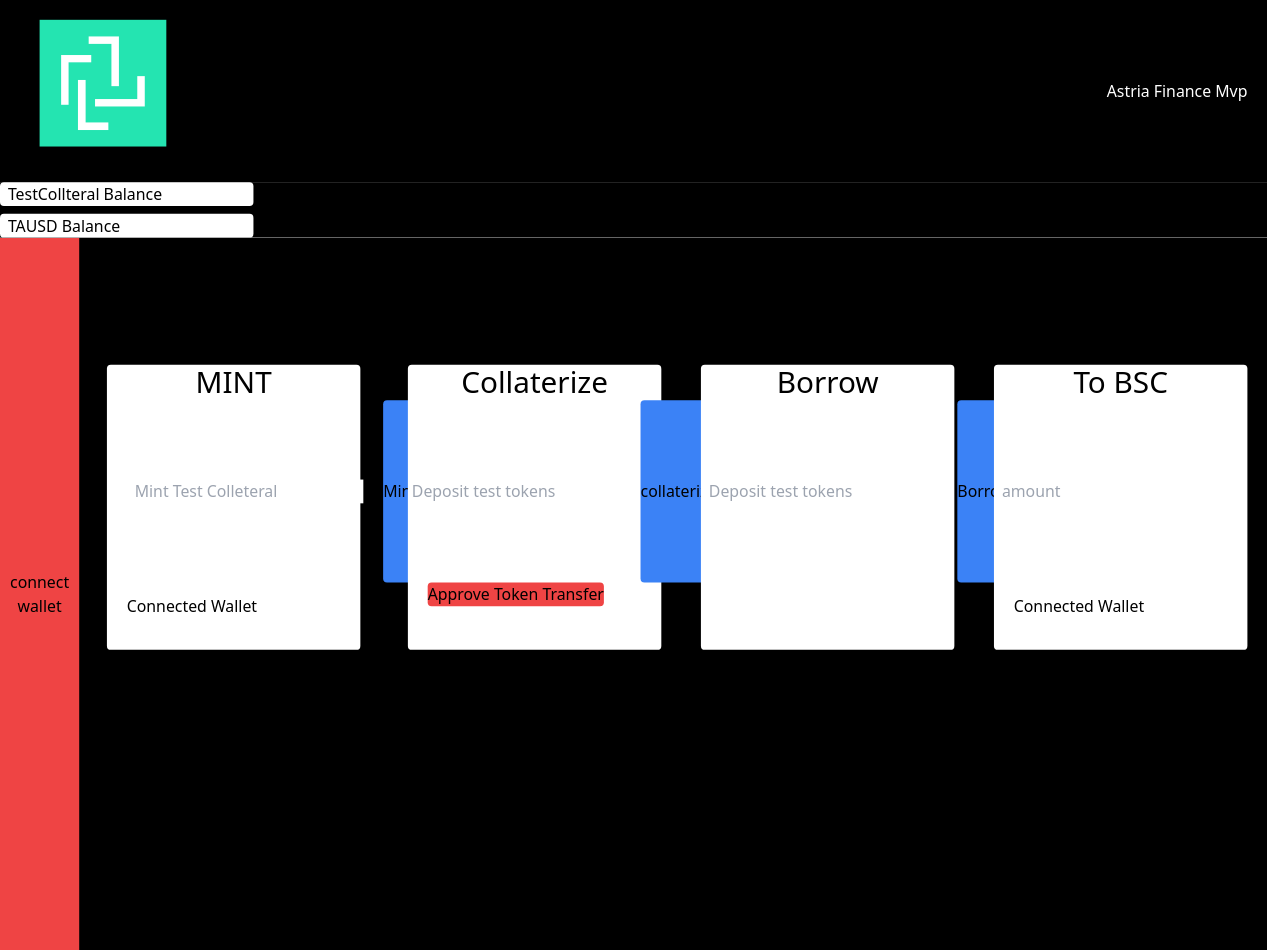
Repository: AstriaFinance/AstriaMvp
Page: /
An editor plug-in stored every save of this project. The page is shown before and after the next save, followed by the edit.
The browser window is 1280 px wide. The pictures show the whole page, at 99% of full size.
The project was rebuilt for these pictures with package versions that can differ from the ones it lists, and the page was loaded fresh each time. Also part of the build but not shown: src/components/About.jsx, src/components/Shop.jsx, src/components/ErrorPage.jsx.

Above is the page before, as saved 2022-06-27 13:53:00.

### src/App.js
import {Nav, Home} from "./components"

function App() {
  return (

    <div>

      <Nav/>
      <Home/>
      </div>

  );
}

export default App;

### src/components/index.js
export{default as About} from "./About"
export{default as Nav} from "./Nav"
export{default as Shop} from "./Shop"
export {default as ErrorPage} from "./ErrorPage"
export{default as Home} from "./Home"

### src/components/Nav.jsx
import React from "react";
import logo from "../static/astria2.jpg";
const Nav = () => {
  return (
    <nav className="bg-black flex justify-between ">
      <img src={logo} alt="" className="h-32 mt-5 mx-10" />

      <div className="text-white my-20 mx-5">Astria Finance Mvp</div>
    </nav>
  );
};

export default Nav;

### src/components/Home.jsx
import React, { useEffect, useState } from "react";
import astriaPorta_abi from "../contracts/astriaPorta_abi.json";
import testEth_abi from "../contracts/testEth_abi";
import xap_abi from "../contracts/xap_abi.json";
import { ethers } from "ethers";
import { shortenAddress } from "./ShortenAddress";

const Home = () => {
  const contractAddress = "0x1b3781eA482113695622EF6C31Fb38c4e02C95A0";
  const testEthContractAddress = "0x8c5696f345827C2d5A7a2e48F815A428eCC87437";
  const xapContractAddress = "0x5272c7F5eA6E5F9bb88f20B9f47Bd0f29e5921EC";
  const [conButtonText, setConButtonText] = useState("connect wallet");
  const [errorMessage, setErrorMessage] = useState(null);
  const [defaultAccount, setDefaultAccount] = useState(null);
  const [provider, setProvider] = useState(null);
  const [signer, setSigner] = useState(null);
  const [contract, setContract] = useState(null);
  const [transferHash, setTransferHah] = useState(null);
  const [depositHash, setDepositHash] = useState(null);
  const [testEthContract, setTestEthContract] = useState(null);
  const [borrowHash, setBorrowHash] = useState(null);
  const [sendHash, setSendHash] = useState(null);
  const [xapContract, setxapContract] = useState(null);
  const [TausdBalance, setTausdBalance] = useState(null);
  const [TestBalance, setTestBalance] = useState(null);

  const connectWalletHandler = () => {
    if (window.ethereum) {
      window.ethereum
        .request({ method: "eth_requestAccounts" })
        .then((result) => {
          accountChangedHandler(result[0]);
          setConButtonText("Wallet connected");
        })
        .catch((error) => {
          setErrorMessage(error.message);
        });
    } else {
      console.log("Install Metamask");
      setErrorMessage("Please install metamask");
    }
    TausdbalanceHandler();
    testColleteralHandler();
  };

  const accountChangedHandler = (newAddress) => {
    setDefaultAccount(newAddress);
    updateEthers();
  };

  const updateEthers = () => {
    let tempProvider = new ethers.providers.Web3Provider(window.ethereum);
    let tempSigner = tempProvider.getSigner();
    let tempContract = new ethers.Contract(
      contractAddress,
      astriaPorta_abi,
      tempSigner
    );
    let testEthContract = new ethers.Contract(
      testEthContractAddress,
      testEth_abi,
      tempSigner
    );
    let xapContract = new ethers.Contract(
      xapContractAddress,
      xap_abi,
      tempSigner
    );
    setProvider(tempProvider);
    setSigner(tempSigner);
    setContract(tempContract);
    setTestEthContract(testEthContract);
    setxapContract(xapContract);
  };

  const mintHandler = async (e) => {
    e.preventDefault();
    let mintAmount = e.target.mintAmount.value;

    let txn = await contract.Mint(mintAmount);
    setTransferHah(txn);
  };

  const depositHandler = async (e) => {
    e.preventDefault();
    let depositAmount = e.target.depositAmount.value;

    let depositTxn = await contract.deposit(depositAmount);
    setDepositHash(depositTxn);
  };

  const borrowHandler = async (e) => {
    e.preventDefault();
    let borrowAmount = e.target.borrowAmount.value;
    let borrowtxn = await contract.borrow(borrowAmount);
    setBorrowHash(borrowtxn);
  };

  const sendTokenHandler = async (e) => {
    e.preventDefault();
    let messageFee = ethers.utils.parseEther("0.025");
    let tempSigner = signer.getAddress();
    let dstChainId = 10002;
    let to = tempSigner;
    let qty = e.target.qty.value;
    let zeroPaymentAddress = tempSigner;
    let adapterParam = "0x";
    let sendTokenTransaction = await xapContract.sendTokens(
      dstChainId,
      to,
      qty,
      zeroPaymentAddress,
      adapterParam,
      { value: ethers.utils.parseEther("0.01") }
    );
    setSendHash(sendTokenTransaction);
  };

  const approveTestEth = async (e) => {
    e.preventDefault();
    await testEthContract.approve(contractAddress, "9007199254740990");
  };

  const TausdbalanceHandler = async () => {
    let balanceTausdToken = await xapContract.balanceOf(defaultAccount);
    let balanceTausdNum = balanceTausdToken.toNumber();
    let decimals = await xapContract.decimals();
    let tokenBalance = balanceTausdNum / Math.pow(10, decimals);
    setTausdBalance(toFixed(tokenBalance));
  };

  const testColleteralHandler = async () => {
    let balanceTestToken = await testEthContract.balanceOf(defaultAccount);
    let balanceTestTokenNum = balanceTestToken.toNumber();
    let decimals = await testEthContract.decimals();
    let tokenBalance = balanceTestTokenNum / Math.pow(10, decimals);

    setTestBalance(toFixed(tokenBalance));
  };

  function toFixed(x) {
    if (Math.abs(x) < 1.0) {
      var e = parseInt(x.toString().split("e-")[1]);
      if (e) {
        x *= Math.pow(10, e - 1);
        x = "0." + new Array(e).join("0") + x.toString().substring(2);
      }
    } else {
      var e = parseInt(x.toString().split("+")[1]);
      if (e > 20) {
        e -= 20;
        x /= Math.pow(10, e);
        x += new Array(e + 1).join("0");
      }
    }
    return x;
  }
  useEffect(() => {
    if (contract != null) {
    }
  }, []);
  return (
    <div>
      <div className=" bg-black">
        <div className="rounded bg-white w-64 ">
          <div className="mx-2">TestCollteral Balance</div>
          <div className="mx-2">{TestBalance}</div>
        </div>
        <div className="rounded bg-white w-64 mt-2">
          <div className="mx-2  ">TAUSD Balance</div>
          <div className="mx-2 break-normal ">{TausdBalance}</div>
        </div>
      </div>
      <p>{errorMessage}</p>
      <div className="bg-black flex overflow-x-auto h-screen ">
        <button className="bg-red-500" onClick={connectWalletHandler}>
          {conButtonText}
        </button>
        <form onSubmit={mintHandler}>
          <div className="bg-white h-72 w-64 rounded my-32 mx-7">
            <div className="container flex justify-center text-3xl">MINT</div>
            <div className="flex justify-between">
              <input
                id="mintAmount"
                type="number"
                placeholder="Mint Test Colleteral"
                className="my-20 ml-7 hover:bg-red-500"
              />
              <button className="bg-blue-500 rounded mx-5 w-20  ">Mint</button>
            </div>
            <ul className="mx-5 my-3 flex gap-6">
              <li>Connected Wallet</li>

              <li className="truncate">{defaultAccount}</li>
            </ul>
          </div>
        </form>

        <div className="bg-white h-72 w-64 rounded mx-5 my-32">
          <form onSubmit={depositHandler}>
            <div class="container flex justify-center text-3xl">
              Collaterize
            </div>
            <div className="flex justify-between">
              <input
                id="depositAmount"
                type="text"
                placeholder="Deposit test tokens"
                className="my-20 ml-1 hover:bg-red-500"
              />
              <button className="bg-blue-500 rounded mx-0 w-20  ">
                collaterize
              </button>
            </div>
          </form>
          <form onSubmit={approveTestEth}>
            <button className="bg-red-500 rounded mx-5 w-50 ">
              Approve Token Transfer
            </button>
          </form>
        </div>

        <form onSubmit={borrowHandler}>
          <div className="bg-white h-72 w-64 rounded mx-5 my-32">
            <div className="container flex justify-center text-3xl">Borrow</div>
            <div className="flex justify-between">
              <input
                id="borrowAmount"
                type="text"
                placeholder="Deposit test tokens"
                className="my-20 ml-2 rounded hover:bg-red-500"
              />
              <button className="bg-blue-500 rounded mx-5 w-20  ">
                Borrow
              </button>
            </div>
            <ul className="mx-5 my-3 flex gap-6">
              <li>{defaultAccount}</li>
              <li className="truncate">{defaultAccount}</li>
            </ul>
          </div>
        </form>
        <form onSubmit={sendTokenHandler}>
          <div className="bg-white h-72 w-64 rounded mx-5 my-32">
            <div className="container flex justify-center text-3xl">To BSC</div>
            <div className="flex justify-between">
              <input
                id="qty"
                type="text"
                placeholder="amount"
                className="my-20 ml-2 rounded hover:bg-red-500"
              />
              <button className="bg-blue-500 rounded mx-10 w-20  ">
                To BSC
              </button>
            </div>
            <ul className="mx-5 my-3 flex gap-6">
              <li>Connected Wallet</li>
              <li className="truncate">{defaultAccount}</li>
            </ul>
          </div>
        </form>
      </div>
    </div>
  );
};

export default Home;

### src/contracts/astriaPorta_abi.json
[
	{
		"inputs": [
			{
				"internalType": "contract IXAP",
				"name": "_XAP",
				"type": "address"
			}
		],
		"stateMutability": "nonpayable",
		"type": "constructor"
	},
	{
		"anonymous": false,
		"inputs": [
			{
				"indexed": true,
				"internalType": "address",
				"name": "masterContract",
				"type": "address"
			},
			{
				"indexed": false,
				"internalType": "bytes",
				"name": "data",
				"type": "bytes"
			},
			{
				"indexed": true,
				"internalType": "address",
				"name": "cloneAddress",
				"type": "address"
			}
		],
		"name": "LogDeploy",
		"type": "event"
	},
	{
		"anonymous": false,
		"inputs": [
			{
				"indexed": false,
				"internalType": "address",
				"name": "to",
				"type": "address"
			},
			{
				"indexed": false,
				"internalType": "uint256",
				"name": "amount",
				"type": "uint256"
			}
		],
		"name": "Minted",
		"type": "event"
	},
	{
		"anonymous": false,
		"inputs": [
			{
				"indexed": false,
				"internalType": "address",
				"name": "from",
				"type": "address"
			},
			{
				"indexed": false,
				"internalType": "uint256",
				"name": "amount",
				"type": "uint256"
			}
		],
		"name": "borrowed",
		"type": "event"
	},
	{
		"anonymous": false,
		"inputs": [
			{
				"indexed": false,
				"internalType": "address",
				"name": "from",
				"type": "address"
			},
			{
				"indexed": false,
				"internalType": "uint256",
				"name": "amount",
				"type": "uint256"
			}
		],
		"name": "deposited",
		"type": "event"
	},
	{
		"inputs": [],
		"name": "BORROW_OPENING_FEE",
		"outputs": [
			{
				"internalType": "uint256",
				"name": "",
				"type": "uint256"
			}
		],
		"stateMutability": "view",
		"type": "function"
	},
	{
		"inputs": [],
		"name": "COLLATERIZATION_RATE",
		"outputs": [
			{
				"internalType": "uint256",
				"name": "",
				"type": "uint256"
			}
		],
		"stateMutability": "view",
		"type": "function"
	},
	{
		"inputs": [],
		"name": "LIQUIDATION_MULTIPLIER",
		"outputs": [
			{
				"internalType": "uint256",
				"name": "",
				"type": "uint256"
			}
		],
		"stateMutability": "view",
		"type": "function"
	},
	{
		"inputs": [
			{
				"internalType": "uint256",
				"name": "_amount",
				"type": "uint256"
			}
		],
		"name": "Mint",
		"outputs": [],
		"stateMutability": "nonpayable",
		"type": "function"
	},
	{
		"inputs": [],
		"name": "XAP",
		"outputs": [
			{
				"internalType": "contract IXAP",
				"name": "",
				"type": "address"
			}
		],
		"stateMutability": "view",
		"type": "function"
	},
	{
		"inputs": [
			{
				"internalType": "address",
				"name": "_spender",
				"type": "address"
			},
			{
				"internalType": "uint256",
				"name": "_amount",
				"type": "uint256"
			}
		],
		"name": "approve",
		"outputs": [],
		"stateMutability": "nonpayable",
		"type": "function"
	},
	{
		"inputs": [
			{
				"internalType": "uint256",
				"name": "amount",
				"type": "uint256"
			}
		],
		"name": "borrow",
		"outputs": [],
		"stateMutability": "nonpayable",
		"type": "function"
	},
	{
		"inputs": [
			{
				"internalType": "uint16",
				"name": "_dstChainId",
				"type": "uint16"
			},
			{
				"internalType": "bytes",
				"name": "_to",
				"type": "bytes"
			},
			{
				"internalType": "uint256",
				"name": "amount",
				"type": "uint256"
			},
			{
				"internalType": "address",
				"name": "_zroPaymentAddress",
				"type": "address"
			},
			{
				"internalType": "bytes",
				"name": "_adapterParam",
				"type": "bytes"
			}
		],
		"name": "borrowTo",
		"outputs": [],
		"stateMutability": "nonpayable",
		"type": "function"
	},
	{
		"inputs": [],
		"name": "collateral",
		"outputs": [
			{
				"internalType": "contract ITestETH",
				"name": "",
				"type": "address"
			}
		],
		"stateMutability": "view",
		"type": "function"
	},
	{
		"inputs": [
			{
				"internalType": "address",
				"name": "masterContract",
				"type": "address"
			},
			{
				"internalType": "bytes",
				"name": "data",
				"type": "bytes"
			},
			{
				"internalType": "bool",
				"name": "useCreate2",
				"type": "bool"
			}
		],
		"name": "deploy",
		"outputs": [
			{
				"internalType": "address",
				"name": "cloneAddress",
				"type": "address"
			}
		],
		"stateMutability": "payable",
		"type": "function"
	},
	{
		"inputs": [
			{
				"internalType": "uint256",
				"name": "amount",
				"type": "uint256"
			}
		],
		"name": "deposit",
		"outputs": [],
		"stateMutability": "payable",
		"type": "function"
	},
	{
		"inputs": [
			{
				"internalType": "address",
				"name": "",
				"type": "address"
			}
		],
		"name": "depositsToAmount",
		"outputs": [
			{
				"internalType": "uint256",
				"name": "",
				"type": "uint256"
			}
		],
		"stateMutability": "view",
		"type": "function"
	},
	{
		"inputs": [],
		"name": "feeTo",
		"outputs": [
			{
				"internalType": "address",
				"name": "",
				"type": "address"
			}
		],
		"stateMutability": "view",
		"type": "function"
	},
	{
		"inputs": [
			{
				"internalType": "bytes",
				"name": "data",
				"type": "bytes"
			}
		],
		"name": "init",
		"outputs": [],
		"stateMutability": "payable",
		"type": "function"
	},
	{
		"inputs": [
			{
				"internalType": "address",
				"name": "",
				"type": "address"
			}
		],
		"name": "masterContractOf",
		"outputs": [
			{
				"internalType": "address",
				"name": "",
				"type": "address"
			}
		],
		"stateMutability": "view",
		"type": "function"
	},
	{
		"inputs": [],
		"name": "oracle",
		"outputs": [
			{
				"internalType": "contract IOracle",
				"name": "",
				"type": "address"
			}
		],
		"stateMutability": "view",
		"type": "function"
	},
	{
		"inputs": [],
		"name": "oracleData",
		"outputs": [
			{
				"internalType": "bytes",
				"name": "",
				"type": "bytes"
			}
		],
		"stateMutability": "view",
		"type": "function"
	},
	{
		"inputs": [
			{
				"internalType": "contract ITestETH",
				"name": "_collateral",
				"type": "address"
			}
		],
		"name": "setTestColleteral",
		"outputs": [],
		"stateMutability": "nonpayable",
		"type": "function"
	},
	{
		"inputs": [],
		"name": "testColleteral",
		"outputs": [
			{
				"internalType": "contract ITestETH",
				"name": "",
				"type": "address"
			}
		],
		"stateMutability": "view",
		"type": "function"
	},
	{
		"inputs": [],
		"name": "totalDeposits",
		"outputs": [
			{
				"internalType": "uint256",
				"name": "",
				"type": "uint256"
			}
		],
		"stateMutability": "view",
		"type": "function"
	}
]

### src/contracts/testEth_abi.json
[
	{
		"inputs": [],
		"stateMutability": "nonpayable",
		"type": "constructor"
	},
	{
		"anonymous": false,
		"inputs": [
			{
				"indexed": true,
				"internalType": "address",
				"name": "owner",
				"type": "address"
			},
			{
				"indexed": true,
				"internalType": "address",
				"name": "spender",
				"type": "address"
			},
			{
				"indexed": false,
				"internalType": "uint256",
				"name": "value",
				"type": "uint256"
			}
		],
		"name": "Approval",
		"type": "event"
	},
	{
		"anonymous": false,
		"inputs": [
			{
				"indexed": true,
				"internalType": "address",
				"name": "previousOwner",
				"type": "address"
			},
			{
				"indexed": true,
				"internalType": "address",
				"name": "newOwner",
				"type": "address"
			}
		],
		"name": "OwnershipTransferred",
		"type": "event"
	},
	{
		"anonymous": false,
		"inputs": [
			{
				"indexed": true,
				"internalType": "address",
				"name": "from",
				"type": "address"
			},
			{
				"indexed": true,
				"internalType": "address",
				"name": "to",
				"type": "address"
			},
			{
				"indexed": false,
				"internalType": "uint256",
				"name": "value",
				"type": "uint256"
			}
		],
		"name": "Transfer",
		"type": "event"
	},
	{
		"inputs": [
			{
				"internalType": "address",
				"name": "owner",
				"type": "address"
			},
			{
				"internalType": "address",
				"name": "spender",
				"type": "address"
			}
		],
		"name": "allowance",
		"outputs": [
			{
				"internalType": "uint256",
				"name": "",
				"type": "uint256"
			}
		],
		"stateMutability": "view",
		"type": "function"
	},
	{
		"inputs": [
			{
				"internalType": "address",
				"name": "spender",
				"type": "address"
			},
			{
				"internalType": "uint256",
				"name": "amount",
				"type": "uint256"
			}
		],
		"name": "approve",
		"outputs": [
			{
				"internalType": "bool",
				"name": "",
				"type": "bool"
			}
		],
		"stateMutability": "nonpayable",
		"type": "function"
	},
	{
		"inputs": [
			{
				"internalType": "address",
				"name": "account",
				"type": "address"
			}
		],
		"name": "balanceOf",
		"outputs": [
			{
				"internalType": "uint256",
				"name": "",
				"type": "uint256"
			}
		],
		"stateMutability": "view",
		"type": "function"
	},
	{
		"inputs": [
			{
				"internalType": "uint256",
				"name": "amount",
				"type": "uint256"
			}
		],
		"name": "burn",
		"outputs": [],
		"stateMutability": "nonpayable",
		"type": "function"
	},
	{
		"inputs": [
			{
				"internalType": "address",
				"name": "account",
				"type": "address"
			},
			{
				"internalType": "uint256",
				"name": "amount",
				"type": "uint256"
			}
		],
		"name": "burnFrom",
		"outputs": [],
		"stateMutability": "nonpayable",
		"type": "function"
	},
	{
		"inputs": [],
		"name": "decimals",
		"outputs": [
			{
				"internalType": "uint8",
				"name": "",
				"type": "uint8"
			}
		],
		"stateMutability": "view",
		"type": "function"
	},
	{
		"inputs": [
			{
				"internalType": "address",
				"name": "spender",
				"type": "address"
			},
			{
				"internalType": "uint256",
				"name": "subtractedValue",
				"type": "uint256"
			}
		],
		"name": "decreaseAllowance",
		"outputs": [
			{
				"internalType": "bool",
				"name": "",
				"type": "bool"
			}
		],
		"stateMutability": "nonpayable",
		"type": "function"
	},
	{
		"inputs": [
			{
				"internalType": "address",
				"name": "spender",
				"type": "address"
			},
			{
				"internalType": "uint256",
				"name": "addedValue",
				"type": "uint256"
			}
		],
		"name": "increaseAllowance",
		"outputs": [
			{
				"internalType": "bool",
				"name": "",
				"type": "bool"
			}
		],
		"stateMutability": "nonpayable",
		"type": "function"
	},
	{
		"inputs": [
			{
				"internalType": "address",
				"name": "to",
				"type": "address"
			},
			{
				"internalType": "uint256",
				"name": "amount",
				"type": "uint256"
			}
		],
		"name": "mint",
		"outputs": [],
		"stateMutability": "nonpayable",
		"type": "function"
	},
	{
		"inputs": [],
		"name": "name",
		"outputs": [
			{
				"internalType": "string",
				"name": "",
				"type": "string"
			}
		],
		"stateMutability": "view",
		"type": "function"
	},
	{
		"inputs": [],
		"name": "owner",
		"outputs": [
			{
				"internalType": "address",
				"name": "",
				"type": "address"
			}
		],
		"stateMutability": "view",
		"type": "function"
	},
	{
		"inputs": [],
		"name": "renounceOwnership",
		"outputs": [],
		"stateMutability": "nonpayable",
		"type": "function"
	},
	{
		"inputs": [],
		"name": "symbol",
		"outputs": [
			{
				"internalType": "string",
				"name": "",
				"type": "string"
			}
		],
		"stateMutability": "view",
		"type": "function"
	},
	{
		"inputs": [],
		"name": "totalSupply",
		"outputs": [
			{
				"internalType": "uint256",
				"name": "",
				"type": "uint256"
			}
		],
		"stateMutability": "view",
		"type": "function"
	},
	{
		"inputs": [
			{
				"internalType": "address",
				"name": "to",
				"type": "address"
			},
			{
				"internalType": "uint256",
				"name": "amount",
				"type": "uint256"
			}
		],
		"name": "transfer",
		"outputs": [
			{
				"internalType": "bool",
				"name": "",
				"type": "bool"
			}
		],
		"stateMutability": "nonpayable",
		"type": "function"
	},
	{
		"inputs": [
			{
				"internalType": "address",
				"name": "from",
				"type": "address"
			},
			{
				"internalType": "address",
				"name": "to",
				"type": "address"
			},
			{
				"internalType": "uint256",
				"name": "amount",
				"type": "uint256"
			}
		],
		"name": "transferFrom",
		"outputs": [
			{
				"internalType": "bool",
				"name": "",
				"type": "bool"
			}
		],
		"stateMutability": "nonpayable",
		"type": "function"
	},
	{
		"inputs": [
			{
				"internalType": "address",
				"name": "newOwner",
				"type": "address"
			}
		],
		"name": "transferOwnership",
		"outputs": [],
		"stateMutability": "nonpayable",
		"type": "function"
	}
]

Loaded but not shown: public/index.html (common file); src/index.js (common file); src/index.css (common file); src/reportWebVitals.js (common file); src/components/ShortenAddress.js (common file); tailwind.config.js (common file); src/contracts/xap_abi.json (735 lines, source omitted)

After the next save:
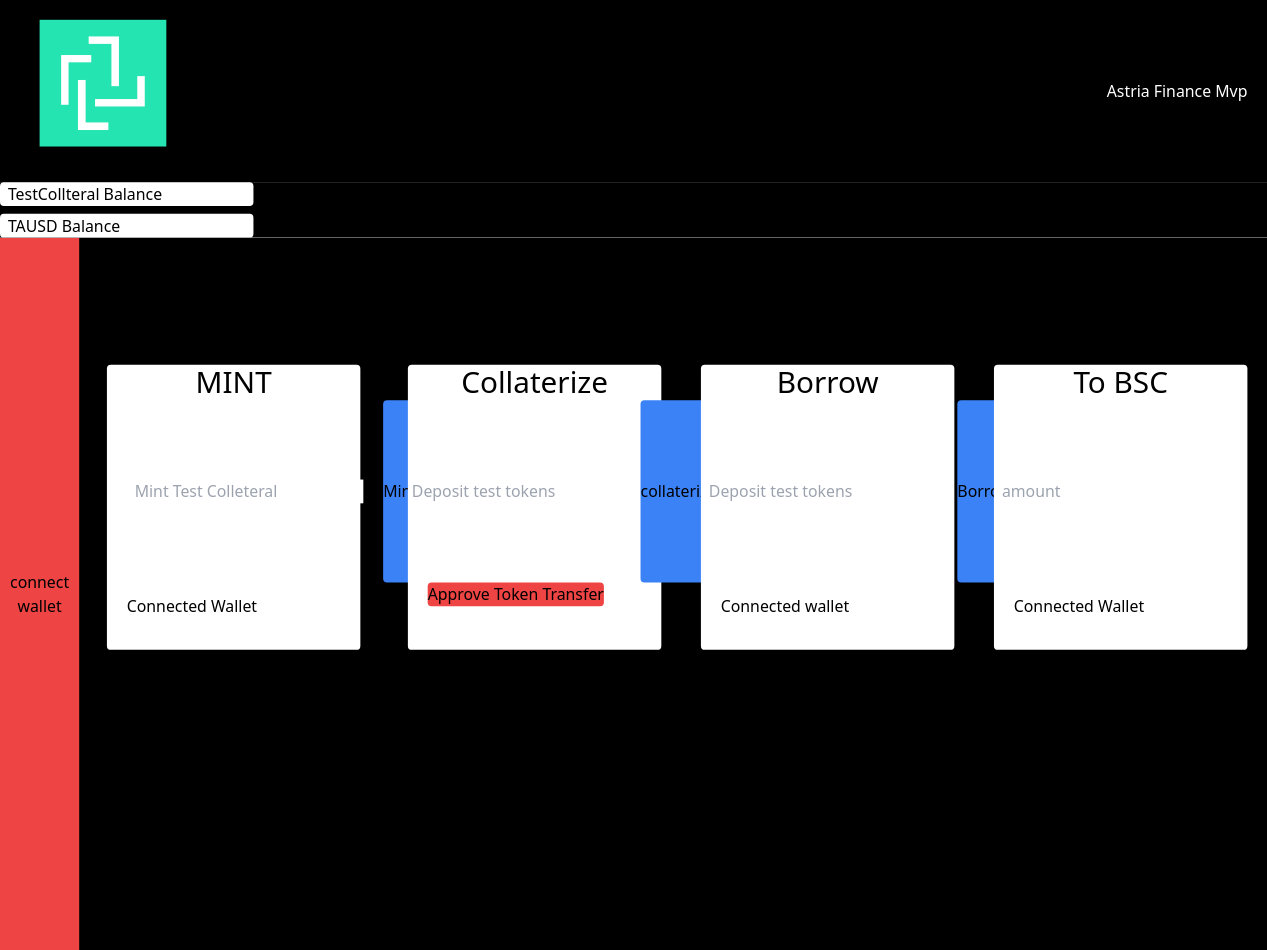
Saved 49 s later.
--- a/src/components/Home.jsx
+++ b/src/components/Home.jsx
@@ -235,7 +235,7 @@ const Home = () => {
               </button>
             </div>
             <ul className="mx-5 my-3 flex gap-6">
-              <li>{defaultAccount}</li>
+              <li>Connected wallet</li>
               <li className="truncate">{defaultAccount}</li>
             </ul>
           </div>
